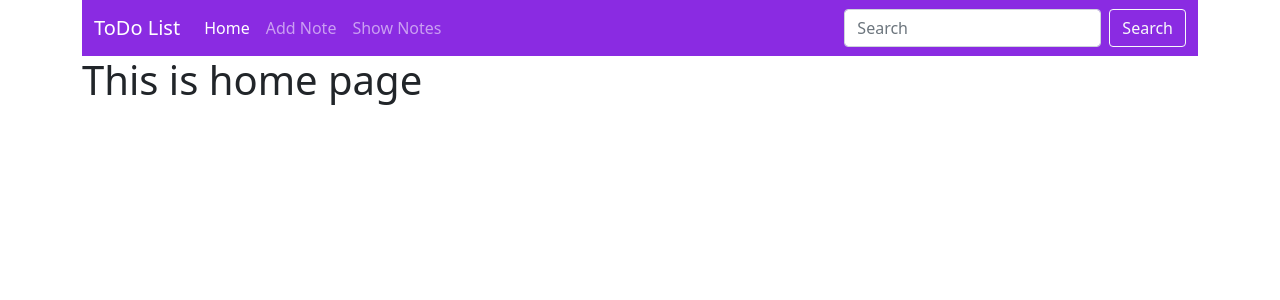
Repository: VishalSalvi17/Hibernate
Page: http://localhost/ToDoList/
An editor plug-in stored every save of this project. The page is shown before and after the next save, followed by the edit.
The browser window is 1280 px wide. The pictures show the whole page.
The page is served by Tomcat 9. Other server files are loaded and not shown.

Above is the page before, as saved 2023-03-17 06:43:53.

### ToDoList/src/main/webapp/index.jsp
<!doctype html>
<html lang="en">
<head>
<!-- Required meta tags -->
<meta charset="utf-8">
<meta name="viewport" content="width=device-width, initial-scale=1">

<title>TODO List : Home Page</title>
<%@include file="all_js_css.jsp"%>
</head>
<body>
	<div class="container">
		<%@include file="navbar.jsp"%>
		<h1>This is home page</h1>
	</div>
</body>
</html>

### ToDoList/src/main/webapp/all_js_css.jsp
<!-- Bootstrap CSS -->
<link
	href="https://cdn.jsdelivr.net/npm/bootstrap@5.0.2/dist/css/bootstrap.min.css"
	rel="stylesheet"
	integrity="sha384-EVSTQN3/azprG1Anm3QDgpJLIm9Nao0Yz1ztcQTwFspd3yD65VohhpuuCOmLASjC"
	crossorigin="anonymous">

<!-- style path-->
<link href="css/style.css" rel="stylesheet">

<!-- Option 1: Bootstrap Bundle with Popper -->
<script
	src="https://cdn.jsdelivr.net/npm/bootstrap@5.0.2/dist/js/bootstrap.bundle.min.js"
	integrity="sha384-MrcW6ZMFYlzcLA8Nl+NtUVF0sA7MsXsP1UyJoMp4YLEuNSfAP+JcXn/tWtIaxVXM"
	crossorigin="anonymous"></script>

<!-- Option 2: Separate Popper and Bootstrap JS -->
<script
	src="https://cdn.jsdelivr.net/npm/@popperjs/core@2.9.2/dist/umd/popper.min.js"
	integrity="sha384-IQsoLXl5PILFhosVNubq5LC7Qb9DXgDA9i+tQ8Zj3iwWAwPtgFTxbJ8NT4GN1R8p"
	crossorigin="anonymous"></script>
<script
	src="https://cdn.jsdelivr.net/npm/bootstrap@5.0.2/dist/js/bootstrap.min.js"
	integrity="sha384-cVKIPhGWiC2Al4u+LWgxfKTRIcfu0JTxR+EQDz/bgldoEyl4H0zUF0QKbrJ0EcQF"
	crossorigin="anonymous"></script>

### ToDoList/src/main/webapp/navbar.jsp
<nav class="navbar navbar-expand-lg navbar-dark blue">
  <div class="container-fluid">
    <a class="navbar-brand" href="index.jsp">ToDo List</a>
    <button class="navbar-toggler" type="button" data-bs-toggle="collapse" data-bs-target="#navbarSupportedContent" aria-controls="navbarSupportedContent" aria-expanded="false" aria-label="Toggle navigation">
      <span class="navbar-toggler-icon"></span>
    </button>
    <div class="collapse navbar-collapse" id="navbarSupportedContent">
      <ul class="navbar-nav me-auto mb-2 mb-lg-0">
        <li class="nav-item">
          <a class="nav-link active" aria-current="page" href="index.jsp">Home</a>
        </li>
        <li class="nav-item">
          <a class="nav-link" href="addnote.jsp">Add Note</a>
        </li>
        <li class="nav-item">
          <a class="nav-link" href="all_notes.jsp" tabindex="-1">Show Notes</a>
        </li>
      </ul>
      <form class="d-flex">
        <input class="form-control me-2" type="search" placeholder="Search" aria-label="Search">
        <button class="btn btn-outline-light" type="submit">Search</button>
      </form>
    </div>
  </div>
</nav>

### ToDoList/src/main/webapp/css/style.css
.blue{
	background:#8A2BE2;
}

After the next save:
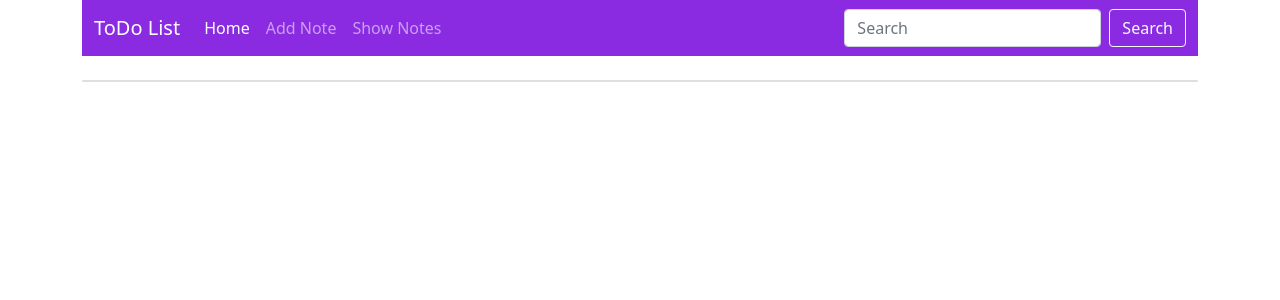
Saved 3 min 9 s later.
--- a/ToDoList/src/main/webapp/index.jsp
+++ b/ToDoList/src/main/webapp/index.jsp
@@ -11,7 +11,10 @@
 <body>
 	<div class="container">
 		<%@include file="navbar.jsp"%>
-		<h1>This is home page</h1>
+		<br>
+		<div class="card">
+		<!-- <img alt="" src="">-->
+		</div>
 	</div>
 </body>
 </html>
